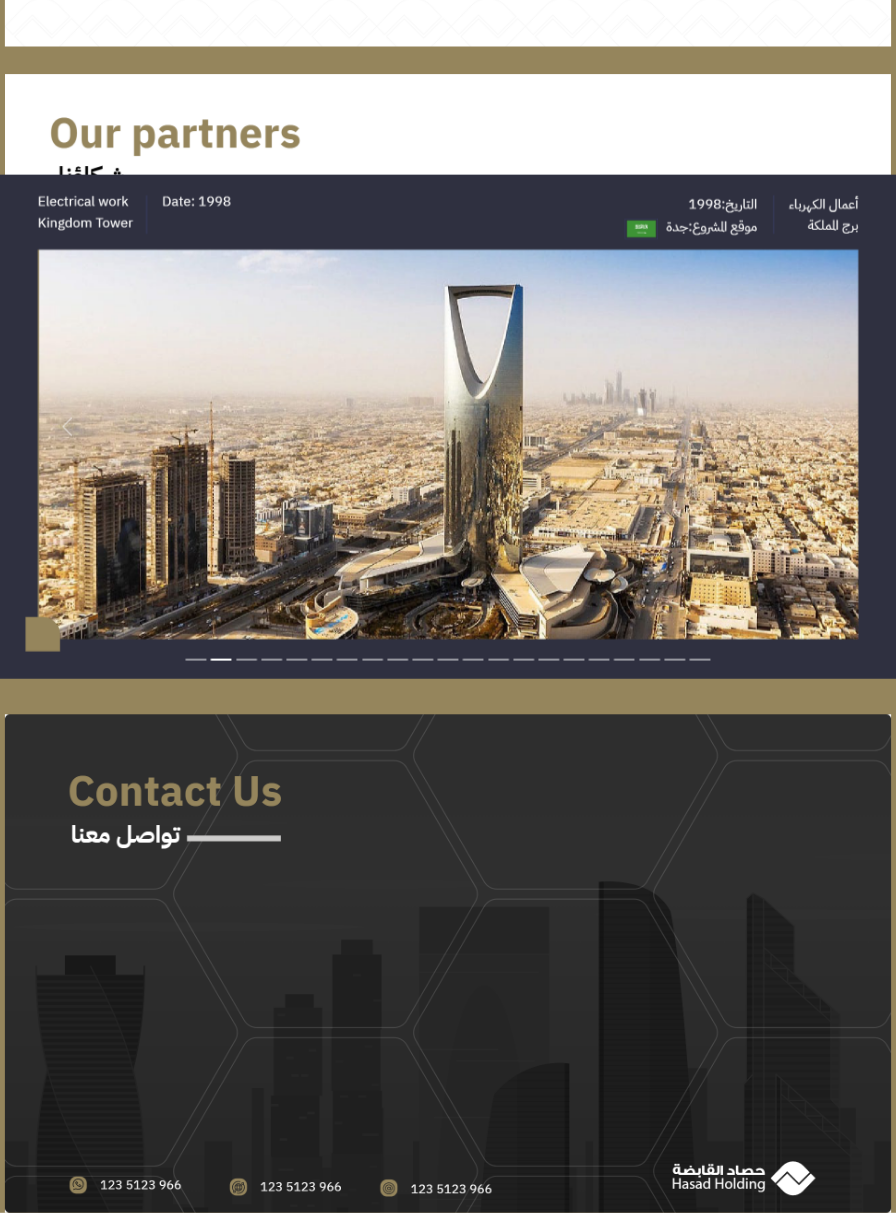
Repository: shahzaibrehman123/hasad-holding
Page: /
These files come from the project's save history. The page is drawn as it stood at one moment and after the next save; the edit follows.
The browser window is 1280 px wide. The pictures show the part of the page from y = 3058 to 4978 px (the page is 4791 px tall before and 5511 px after), at 70% of full size.
The project was rebuilt for these pictures with package versions that can differ from the ones it lists, and the page was loaded fresh each time.

Above is the page before, as saved 2023-11-07 18:33:25.

After the next save:
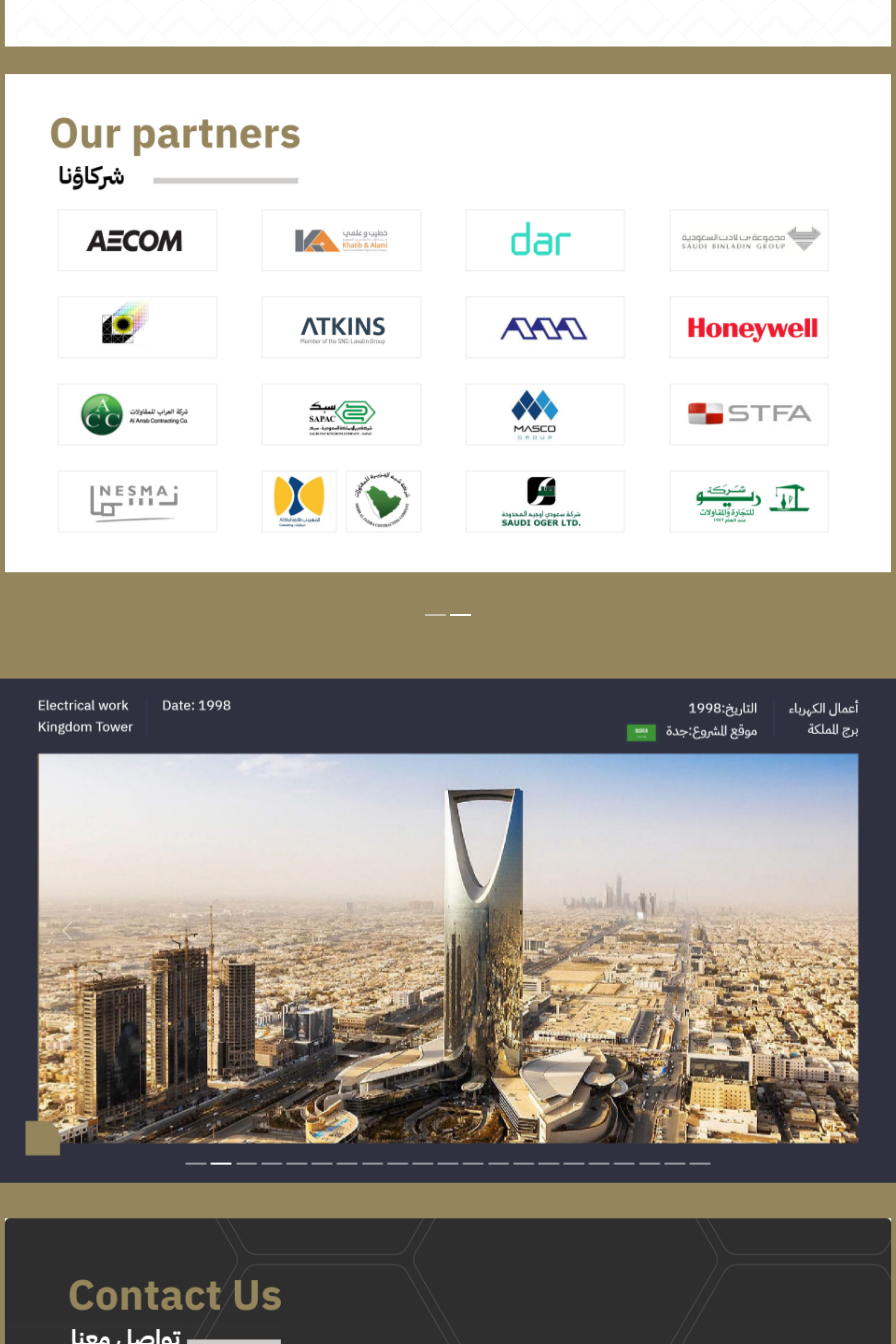
Saved 9 s later.
--- a/src/components/ClientAndPartners/style.css
+++ b/src/components/ClientAndPartners/style.css
@@ -1,6 +1,6 @@
 .cp-container{
     margin:0px 7px 5% 7px;
-    height: 5rem;
+    height: 50rem;
 }
 .img-responsive {
     width: 100%;
